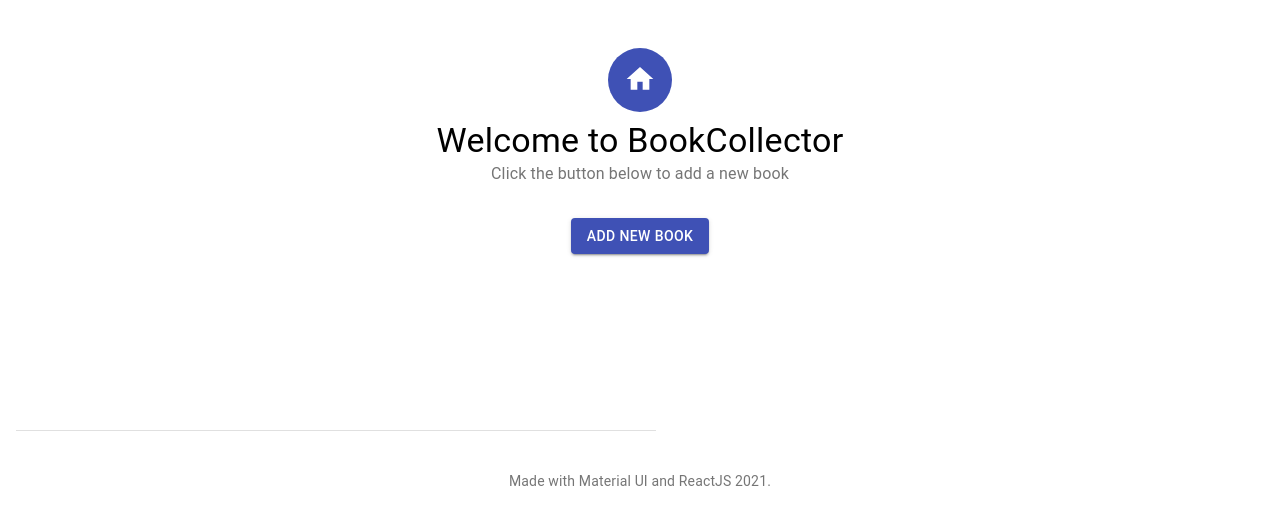
Repository: Colo-Codes/mini-project-react-book-collector
Page: /
The author's editor kept a copy of each file at every save. The page is drawn from the files as they stood at one save, then again after the next save.
The browser window is 1280 px wide. The pictures show the whole page.
The project was rebuilt for these pictures with package versions that can differ from the ones it lists, and the page was loaded fresh each time. Also part of the build but not shown: src/Books/AddBookForm.js, src/Books/BooksGridItem.js.

Above is the page before, as saved 2021-08-25 14:18:38.

### src/App.js
import React, { useState } from 'react';

import { Box, Button, Divider, makeStyles } from '@material-ui/core';
import { Home } from '@material-ui/icons';

import Copyright from './UI/Copyright';
import Header from './UI/Header';
import AddBookForm from './Books/AddBookForm';
import BooksGrid from './Books/BooksGrid';

const useStyles = makeStyles(theme => ({
  paper: {
    marginTop: theme.spacing(5),
    display: 'flex',
    flexDirection: 'column',
    alignItems: 'center',
  },
  icon: {
    color: 'white',
    width: theme.spacing(4),
    height: theme.spacing(4),
  },
  button: {
    marginTop: theme.spacing(4),
    marginBottom: theme.spacing(22),
  },
  footer: {
    marginV: theme.spacing(4),
  },
  divider: {
    width: '50%',
  }
}));

function App() {
  const [showAddBookForm, setShowAddBookForm] = useState(false);
  const [bookList, setBookList] = useState('');

  const classes = useStyles();

  const addNewBookHandler = () => {
    setShowAddBookForm(true);
  }

  const hideFormHandler = () => {
    setShowAddBookForm(false);
  }

  // 'Lifting state up' function
  const newBookHandler = newBook => {
    setBookList(prevBook => [...prevBook, newBook]);
  }

  // 'Lifting state up' function
  const deleteBookHandler = bookId => {
    setBookList(prevBook => prevBook.filter(book => book.id !== bookId));
  }

  return (
    <React.Fragment>
      <header className={classes.paper}>
        {showAddBookForm && <AddBookForm onNewBook={newBookHandler} onHideForm={hideFormHandler} />} {/* Conditional Rendering */}
        {!showAddBookForm && <Header headerIcon={<Home className={classes.icon} />} headerContent={'Welcome to BookCollector'} textContent={'Click the button below to add a new book'} />} {/* Conditional Rendering */}
        {!showAddBookForm && <Button variant="contained" color="primary" onClick={addNewBookHandler} className={classes.button} >Add new book</Button>} {/* Conditional Rendering */}
      </header>
      <Divider className={classes.divider} variant="middle" />
      <main>
        <BooksGrid bookList={bookList} onDeleteBook={deleteBookHandler} />
      </main>
      <footer>
        <Box my={8}><Copyright /></Box>
      </footer>
    </React.Fragment>
  );
}

export default App;

### src/UI/Copyright.js
import { Typography } from "@material-ui/core";
import { Link } from "@material-ui/core";

function Copyright() {
    return (
        <Typography variant="body2" color="textSecondary" align="center">
            {'Made with '}
            <Link color="inherit" href="https://material-ui.com/" target="_blank">
                Material UI
            </Link>{' and '}
            <Link color="inherit" href="https://reactjs.org/" target="_blank">
                ReactJS
            </Link>{' '}
            {new Date().getFullYear()}
            {'.'}
        </Typography>
    );
}

export default Copyright;

### src/UI/Header.js
import { Avatar, Typography, makeStyles } from "@material-ui/core";

const useStyles = makeStyles(theme => ({
    paper: {
        display: 'flex',
        flexDirection: 'column',
        alignItems: 'center',
    },
    avatar: {
        margin: theme.spacing(1),
        width: theme.spacing(8),
        height: theme.spacing(8),
        backgroundColor: theme.palette.primary.main,
    },
    lightGray: {
        color: theme.palette.text.secondary,
    },
}));

const Header = props => {
    const classes = useStyles();

    return (
        <div className={classes.paper}>
            <Avatar className={classes.avatar}>
                <div className={classes.icon}>{props.headerIcon}</div>
            </Avatar>
            <Typography variant="h4" component="h2">{props.headerContent}</Typography>
            <Typography variant="body1" className={classes.lightGray}>{props.textContent}</Typography>
        </div>
    );
}

export default Header;

### src/Books/BooksGrid.js
import { Container, Grid } from '@material-ui/core';

import BooksGridItem from './BooksGridItem';

const BooksGrid = props => {

    return (
        <Container>
            <Grid container spacing={3} direction="row"
                justifyContent="center"
                alignItems="stretch">
                {props.bookList.length > 0 && props.bookList.map(bookItem =>
                    <BooksGridItem key={bookItem.id} id={bookItem.id} title={bookItem.title} author={bookItem.author} onDelete={props.onDeleteBook} />
                )}
            </Grid>
        </Container>
    );
}

export default BooksGrid;

Loaded but not shown: public/index.html (common file); src/index.js (common file); src/index.css (common file)

After the next save:
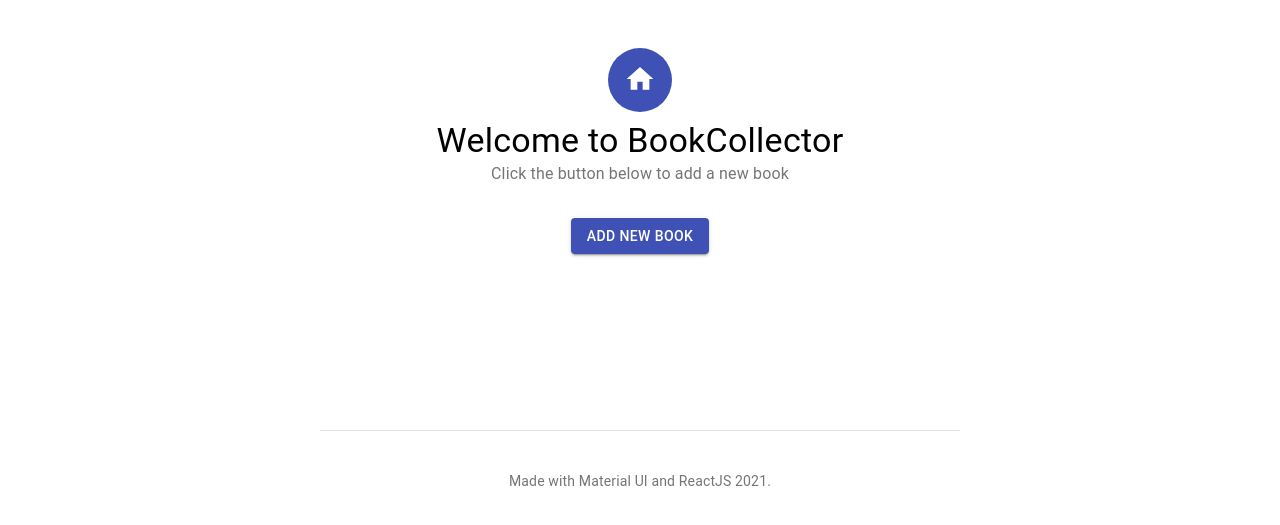
Saved 8 s later.
--- a/src/App.js
+++ b/src/App.js
@@ -29,6 +29,7 @@ const useStyles = makeStyles(theme => ({
   },
   divider: {
     width: '50%',
+    margin: 'auto'
   }
 }));
 
